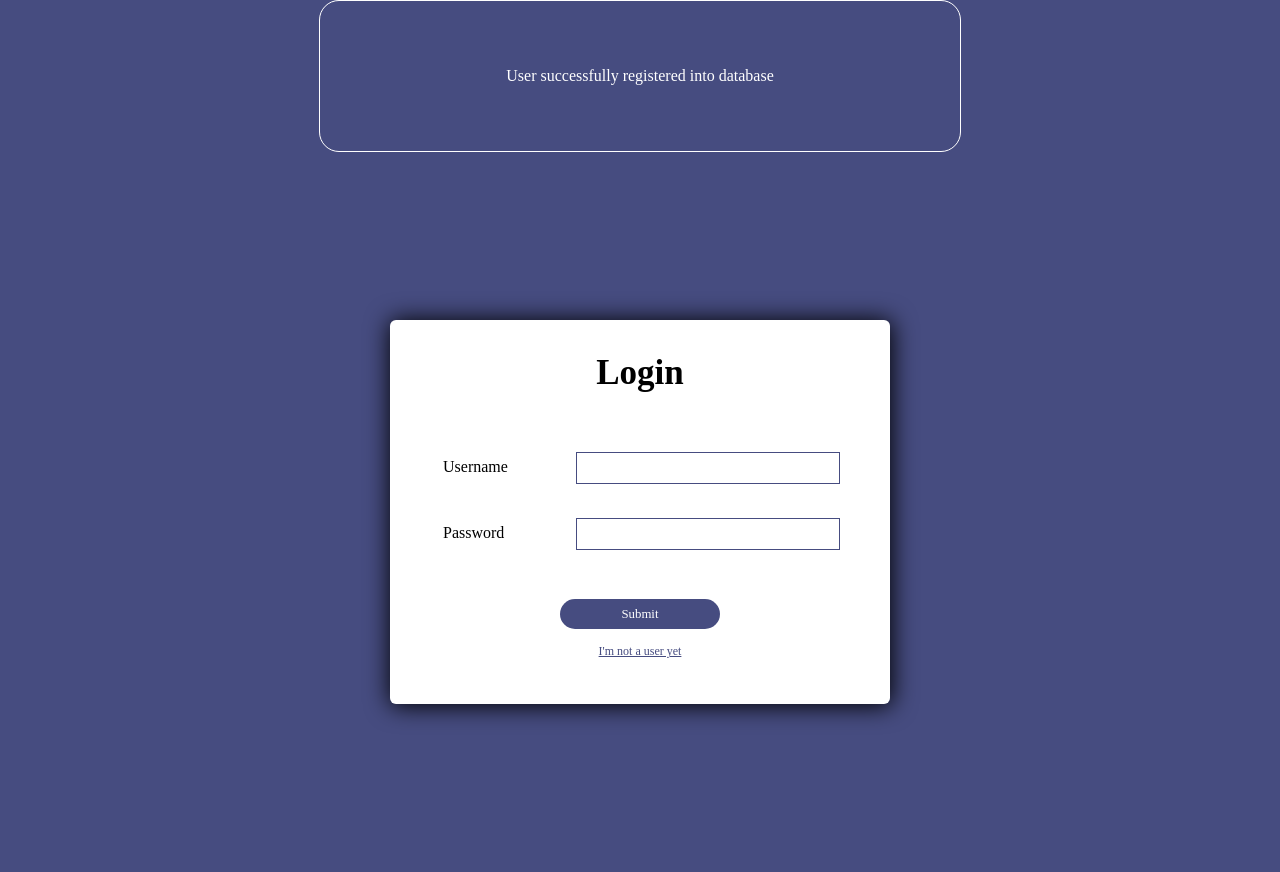
Repository: ivanmirandastavenuiter/jsp-raw-crud
Page: http://localhost/CH33TZ/
An editor plug-in stored every save of this project. The page is shown before and after the next save, followed by the edit.
The browser window is 1280 px wide. The pictures show the whole page.
Some web fonts or font styles are not loaded; a fallback is used. The page is served by Tomcat 9. Other server files are loaded and not shown.

Above is the page before, as saved 2020-05-12 14:42:47.

### CH33TZ/WebContent/index.jsp
<%@ page language="java" contentType="text/html; charset=UTF-8"
    pageEncoding="UTF-8" %>
<%@ page import="java.sql.Statement" %>
<%@ page import="java.sql.ResultSet" %>
<%@ page import="java.sql.DriverManager" %>
<%@ page import="java.sql.Connection" %>
<%@ page import="java.sql.PreparedStatement" %>
<%@ page import="java.util.logging.Logger" %>
<%@ page import="java.util.Map, java.util.HashMap" %>
<%@ page import="java.util.Collection" %>
<%@ page import="java.util.Set" %>
<%@ page import="java.util.Set" %>
<%@ taglib uri = "http://java.sun.com/jsp/jstl/core" prefix = "c" %>
<!DOCTYPE html>
<html>
<head>
<meta charset="UTF-8">
<title>Login</title>
<link href="https://fonts.googleapis.com/css?family=Merriweather&display=swap" rel="stylesheet">
<script type="module" src="Validations/ValidationLogin.mjs"></script>
<style>

	body {
		background: #464c80;
		margin: 0;
		padding: 0;
		height: 100vh;
		width: 100vw;
		font-size: 62.5%; /* This is equivalent to 10px */
		font-family: 'Merriweather', serif;
	}

	div.main-container-div {
		height: 100%;
	}

	div.register-result-container {

	}

	div.register-result-message {
		width: 50%;
		margin: 0 auto;
		font-size: 1.6em;
		color: #fff;
		border: 1px solid #fff;
		border-radius: 20px;
	}

	div.register-result-message p {
		text-align: center;
		padding: 50px;
	}

	div.main-content-div {
		height: 100%;
		display: flex;
		justify-content: center;
		align-items: center;
	}

	div.form-container-div {
		border-radius: 6px;
		background: #fff;
		width: 500px;
		box-shadow: 1px 1px 25px 1px #000;
	}

	div.form-container-div form {
		padding: 10px 30px 30px 30px;
		font-size: 1.6em;
	}

	div.form-container-div .login-div {
		padding: 10px;
		text-align: center;
		border-radius: 5px 5px 0 0;
	}

	div.user-not-found-div {
		width: 400px;
		margin: 0 auto;
		opacity: 0; /* To 1 */
		transition: opacity .5s linear;
		font-size: 1.6em;
		height: 0; /* To auto */
	}

	p.user-not-found {
		margin: 0 auto;
		padding: 0; /* To 5 */
		width: 63%;
		font-size: .7em;
		border: 1px solid #e21010;
		color: #e21010;
		text-align: center;
		height: 0; /* To auto */
	}

	div.form-container-div .login-div h1 {
		font-size: 3.5em;
	}

	/* Inside form-container-div */

	.inputs-group-div {
		padding: 15px;
	}

	.inputs-group-div .input-div {
		width: 400px;
		display: flex;
		justify-content: space-between;
		align-items: center;
		margin: 0 auto;
	}

	.inputs-group-div .input-div .form-input {
		width: 63%;
		height: 20px;
		font-family: inherit;
		font-size: .8em;
		outline: none;
		border: 1px solid #464c80;
		padding: 5px;
	}

	.inputs-group-div div[class$="wrong-validation-div"] {
		display: flex;
		justify-content: flex-end;
		width: 400px;
		margin: 0 auto;
		opacity: 0;
		transition: opacity .5s linear;
	}

	.inputs-group-div div[class$="wrong-validation-div"] p {
		width: 63%;
		padding: 5px;
		font-size: .7em;
		border: 1px solid #e21010;
		color: #e21010;
	}

	.inputs-group-div .input-div label {
		height: 20px;
		padding: 3px;
	}

	.inputs-group-div .input-div .submit-btn {
		font-family: inherit;
		font-size: .8em;
		margin: 15px auto 5px auto;
		width: 40%;
		padding: 5px;
		color: #fff;
		background: #464c80;
		border-radius: 20px;
		height: 30px;
		border: none;
		transition: background-color .3s linear;
		outline: none;
	}

	.inputs-group-div .register-link-div {
		text-align: center;
	}

	.inputs-group-div .register-link-div span {
		font-size: 0.75em;
		display: block;
		margin-top: 10px;
	}

	.inputs-group-div .register-link-div span a {
	  	color: #464c80 !important;
	}

	/* Buttons, boxes and links interactions */

	.inputs-group-div .input-div .submit-btn:hover {
		background:#666dad;
	}

	.inputs-group-div .input-div .submit-btn:active {
		background: #272b50;
		transition: none;
		border: 1.5px solid #bfc4fd;
	}

	.inputs-group-div .input-div .form-input:focus {
		background: #d1d8f1;
		border: 1px solid #000;
	}

	.inputs-group-div .form-input:-internal-autofill-selected {
		background-color: #d1d8f1 !important;
		border: 1px solid #000 !important;
	}

	.inputs-group-div .input-div .submit-btn:focus {
		background: #272b50;
		transition: none;
		border: 1.5px solid #bfc4fd;
	}

	.inputs-group-div .register-link-div span a:visited,
	.inputs-group-div .register-link-div span a:active {
		color: inherit;
	}

</style>
</head>
<body>

	<c:set var = "contextPath" value="${pageContext.request.contextPath}" />

	<%

		Logger logger = Logger.getLogger(com.ch33tz.logger.JspLogger.class.getName());

		if (request.getMethod().equals("POST") && !(boolean)request.getAttribute("errors")) {

			logger.info("Starting validation on target page.");
			logger.info("POST request detected on target page. Applying validation against input data.");

			//Validation of the user input
			String username = request.getParameter("username");
			String password = request.getParameter("pass");
			String contextPath = "/";
			boolean validation = true;

			try {

				username = username != null ? username.trim() : null;
				password = password != null ? password.trim() : null;

				if (username == null || username.isEmpty()
						|| password == null || password.isEmpty()) {

					logger.info("Errors detected on target page. Proceeding to generate errors");

					Cookie usernameCookieError = null;
					Cookie passwordCookieError = null;

					if (username == null || username.isEmpty()) {
						logger.warning("Bad input for username. Populating cookie");
						usernameCookieError = new Cookie("username", "username");
						usernameCookieError.setMaxAge(1);
						response.addCookie(usernameCookieError);
						validation = false;
					}

					if (password == null || password.isEmpty() ) {
						logger.warning("Bad input for password. Populating cookie");
						passwordCookieError = new Cookie("password", "password");
						passwordCookieError.setMaxAge(1);
						response.addCookie(passwordCookieError);
						validation = false;
					}

				}

			} catch (Exception e) {

				logger.severe("Exception thrown on validation: " + e.getMessage());

			}

			if (validation) {

				Connection conn = null;
				PreparedStatement stmt = null;
				ResultSet rs = null;

				Map <String, String> userData = new HashMap<String, String>();

				try {

					// Driver registration gets autoloaded on JDBC 4.0 compliant versions:

					// * mysql-connector-java-5.1.36.jar version or higher
					// * jdk 6 or higher

					// However, it only gets loaded after second request. At least, in JSP.
					// This sentence is equivalent to: Class.forName("com.mysql.cj.jdbc.Driver")
					DriverManager.getDrivers();

					String sql = "SELECT * FROM user WHERE usUse = ? AND usPas = ?";
					conn = DriverManager.getConnection("jdbc:mysql://localhost:3306/ch33tz", "root", "");
					stmt = conn.prepareStatement(sql, ResultSet.TYPE_SCROLL_INSENSITIVE, ResultSet.CONCUR_READ_ONLY);
					stmt.setString(1, username);
					stmt.setString(2, password);
					rs = stmt.executeQuery();

					if (rs.first()) {

						logger.info("User found: " + rs.getString("usUse") + ". Populating user data.");

						userData.put("id", Integer.toString(rs.getInt("usId")));
						userData.put("name", rs.getString("usNam"));
						userData.put("surname", rs.getString("usSur"));
						userData.put("username", rs.getString("usUse"));
						userData.put("email", rs.getString("usEma"));

						logger.info("Redirecting to welcome page...");

						request.getSession().setAttribute("user", userData);
						response.sendRedirect(request.getContextPath() + "/JSP/welcome.jsp");

					} else {
						logger.warning("User not found. Populating cookie");
						logger.info("Returning to login form.");
						Cookie userNotFoundCookie = new Cookie("error", "user-not-found");
						userNotFoundCookie.setMaxAge(1);
						response.addCookie(userNotFoundCookie);
					}

				} catch (Exception e) {

					logger.severe("Main exception: " + e.getMessage());

				} finally {

					try {

						if (rs != null) {
							rs.close();
						}

						if (stmt != null) {
							stmt.close();
						}

						if (conn != null) {
							conn.close();
						}

					} catch(Exception e) {

						logger.severe("Nested exception: " + e.getMessage());

					}

				}

			}

		}

	%>

	<!-- Main container -->
	<div class="main-container-div">

		<!-- Errors container -->
		<div class="register-result-container">
			<div class="register-result-message">
				<p>User successfully registered into database</p>
				<c:if test="${ not empty message}">
					<p>${message}</p>
					<c:remove var="message" />
				</c:if>
			</div>
		</div>

		<!-- Main content -->
		<div class="main-content-div">

			<div class="form-container-div">

				<!-- Login div -->
				<div class="login-div">
					<h1>Login</h1>
				</div>

				<!-- User not found div -->
				<div class="user-not-found-div">
					<p class="user-not-found"></p>
				</div>

				<!-- Form -->
				<form name="loginForm" method="post">

					<div class="inputs-group-div">

						<!-- Input items -->
						<div class="input-div">
							<label for="username">Username</label>
							<input class="form-input" type="text" name="username"/>
						</div>

						<div class="username-wrong-validation-div">
							<p class="username-wrong-validation"></p>
						</div>

						<div class="input-div">
							<label for="pass">Password</label>
							<input class="form-input" type="password" name="pass"/>
						</div>

						<div class="password-wrong-validation-div">
							<p class="password-wrong-validation"></p>
						</div>

						<div class="input-div">
							<input class="submit-btn" type="submit" value="Submit"/>
						</div>

						<div class="register-link-div">
							<span><a href="register.jsp">I'm not a user yet</a></span>
						</div>

					</div>

				</form>

			</div>

		</div>

	</div>



</body>
</html>

### CH33TZ/WebContent/Validations/ValidationLogin.mjs
/**
 * Name: ValidationLogin
 *
 * Author: Ivan Miranda Stavenuiter
 * MKNA
 *
 */

import { ValidationException } from '../Exceptions/ValidationException.mjs';
import { ValidationFormException } from '../Exceptions/ValidationFormException.mjs';

document.addEventListener("DOMContentLoaded", function() {

	var availableCookies = document.cookie;

	var loginForm = document.getElementsByName("loginForm")[0];
	var submit = false;
	var validation = true;

	var username = document.getElementsByName("username")[0];
	var pass = document.getElementsByName("pass")[0];
	var wrongUsernameNode = document.getElementsByClassName("username-wrong-validation")[0];
	var wrongPassNode = document.getElementsByClassName("password-wrong-validation")[0];
	var inputNodes = document.getElementsByClassName("form-input");

	var inputsMap = new Map();
	inputsMap.set(username, wrongUsernameNode)
			 .set(pass, wrongPassNode);

	// Main function on submit
	loginForm.onsubmit = function(e) {

		e.preventDefault();

		try {

			validation = true;
			inputsMap.forEach(validateInputs);

			if (!validation) {
				return false;
			} else {
				this.submit();
			}

		} catch (err) {

			console.log('Exception thrown by parent try/catch block: ');
			console.log('Name: ' + err.name);
			console.log('Description: ' + err.message);
			console.log('Stack: ' + err.stack);

		}

	};

	// Function triggered on submit
	function validateInputs(value, key, map) {

		try {

			submit = true;

			if (key.name === 'username' && key.value.trim() === '') {

				throw new ValidationFormException(ValidationException.WARNING,
												  ValidationException.USERNAME_EMPTY_FIELD,
												  value);

			} else if (key.name === 'pass' && key.value.trim() === '') {

				throw new ValidationFormException(ValidationException.WARNING,
												  ValidationException.PASSWORD_EMPTY_FIELD,
												  value);

			}

		} catch(validationFormException) {

			if (validationFormException instanceof ValidationFormException) {
				validationFormException.handleLoginErrorOnSubmit();
				validation = false;
			} else {
				throw validationFormException;
			}

		}

	}

	// This check values after submit
	function validateInputsAfterSubmit(value, key, map) {

		key.onkeyup = function() {

			try {

				let resetNode = (value) => {
					value.innerText = '';
					value.parentElement.style.transition = 'none';
					value.parentElement.style.opacity = 0;
				}

				if (submit) {

					let descriptionType = value.className.substring(0,4);

					if (descriptionType === 'user') {

						if (key.value.trim().length > 0) {
							resetNode(value);
						} else {
							throw new ValidationFormException(ValidationException.WARNING,
															  ValidationException.USERNAME_EMPTY_FIELD,
															  value);
						}

					}

					if (descriptionType === 'pass') {

						if (key.value.trim().length > 0) {
							resetNode(value);
						} else {
							throw new ValidationFormException(ValidationException.WARNING,
															  ValidationException.PASSWORD_EMPTY_FIELD,
															  value);
						}

					}

				}

			} catch(validationFormException) {

				if (validationFormException instanceof ValidationFormException) {
					validationFormException.handleLoginErrorAfterSubmit();
					validation = false;
				} else {
					throw validationFormException;
				}

			}

		}
	}

	inputsMap.forEach(validateInputsAfterSubmit);

	// Control errors from server if detected
	var controlErrorsFromServer = () => {

		try {

			let errorsArray = [];
			let usernameWrongMessageNode = document.querySelector("p.username-wrong-validation");
			let passwordWrongMessageNode = document.querySelector("p.password-wrong-validation");
			let userNotFoundMessageNode = document.querySelector("p.user-not-found");

			submit = true;

			errorsArray.push(getCookie('username'));
			errorsArray.push(getCookie('password'));
			errorsArray.push(getCookie('error'));

			var errorsList = (value, key, map) => {

				try {

					if (value.trim() === "username") {

						throw new ValidationFormException(ValidationException.WARNING,
								  ValidationException.USERNAME_EMPTY_FIELD,
								  usernameWrongMessageNode);

					}

					if (value.trim() === "password") {

						throw new ValidationFormException(ValidationException.WARNING,
								  ValidationException.PASSWORD_EMPTY_FIELD,
								  passwordWrongMessageNode);

					}

					if (value.trim() === "user-not-found") {

						throw new ValidationFormException(ValidationException.WARNING,
								  ValidationException.USER_NOT_FOUND,
								  userNotFoundMessageNode);

					}

				} catch(validationFormException){
					if (validationFormException instanceof ValidationFormException) {
						if (value.trim() === "user-not-found") {
							validationFormException.handleUserNotFoundError();
						} else {
							validationFormException.handleLoginErrorAfterSubmit();
						}
					} else {
						throw validationFormException;
					}

				}

			}

			errorsArray.forEach(errorsList);

		} catch(err) {

			console.log('Exception thrown while performing control over server data.');
			console.log('Name: ' + err.name);
			console.log('Description: ' + err.message);
			console.log('Stack: ' + err.stack);

		}

	}

	// Snippet to get cookies by name
	var getCookie = (cookieName) => {

		let cookieNameStartingIndex = availableCookies.indexOf(cookieName);
		let cookieValueStartingIndex = cookieNameStartingIndex + cookieName.length + 1;
		let charIndex = cookieValueStartingIndex;
		let endIndex = availableCookies.length;
		let cookieValue = '';

		if (cookieNameStartingIndex != -1) {

			while(availableCookies.charAt(charIndex) != ";" && charIndex != endIndex) {
				cookieValue += availableCookies.charAt(charIndex);
				charIndex++;
			}

			return cookieValue.trim();

		} else {

			return 'Cookie not found';

		}

	}

	// If cookies detected, validation thrown
	if (availableCookies != undefined && availableCookies != '') {
		controlErrorsFromServer();
	}

});

### CH33TZ/WebContent/Exceptions/ValidationException.mjs
/**
 * Name: ValidationException
 *
 * Author: Ivan Miranda Stavenuiter
 * MKNA
 *
 */

export class ValidationException extends Error {

	constructor(message) {
		super(message);
	}

	// Messages for exceptions
	static get WARNING() { return 'There has been an error on the validation process' };

	static get NAME_EMPTY_FIELD() { return 'Name field cannot be empty' };
	static get SURNAME_EMPTY_FIELD() { return 'Surname field cannot be empty' };
	static get USERNAME_EMPTY_FIELD() { return 'Username field cannot be empty' };
	static get PHONE_EMPTY_FIELD() { return 'Phone field cannot be empty' };
	static get EMAIL_EMPTY_FIELD() { return 'Email field cannot be empty' };
	static get PASSWORD_EMPTY_FIELD() { return 'Password field cannot be empty' };
	static get CONFIRM_EMPTY_FIELD() { return 'Confirm field cannot be empty' };
	static get PHONE_NOT_MATCH() { return 'Phone does not match requirements' };
	static get EMAIL_NOT_MATCH() { return 'Email does not match requirements' };
	static get USERNAME_EXISTS() { return 'Username already exists' };
	static get EMAIL_EXISTS() { return 'Email already exists' };
	static get PHONE_EXISTS() { return 'Phone already exists' };
	static get PASSWORD_NOT_MATCH() { return 'Password does not match requirements: one lowercase, one uppercase, one number and one special character. 8 characters length' };
	static get PASSWORD_NOT_EQUAL() { return 'Passwords don\'t match' };
	static get USER_NOT_FOUND() { return 'User not found in the database' };

}

### CH33TZ/WebContent/Exceptions/ValidationFormException.mjs
/**
 * Name: ValidationFormException
 *
 * Author: Ivan Miranda Stavenuiter
 * MKNA
 *
 */

import { ValidationException } from './ValidationException.mjs';

export class ValidationFormException extends ValidationException {

	constructor(message, description, htmlNode) {
		super(message);
		this.name = 'ValidationFormError';
		this.description = description;
		this.htmlNode = htmlNode;
	}

	handleRegisterErrorOnSubmit() {

		let inputContainerNode = this.htmlNode;
		let spanErrorTag = inputContainerNode.children[0].children[0];

		spanErrorTag.innerText = this.description;
		inputContainerNode.style.opacity = 1;

	}

	handleRegisterErrorAfterSubmit() {

		let inputContainerNode = this.htmlNode;
		let spanErrorTag = inputContainerNode.children[0].children[0];

		spanErrorTag.innerText = this.description;
		inputContainerNode.style.transition = 'opacity .5s linear';
		inputContainerNode.style.opacity = 1;

	}

	handleLoginErrorOnSubmit() {

		let wrongMessageNode = this.htmlNode;

		wrongMessageNode.innerText = this.description;
		wrongMessageNode.parentElement.style.opacity = 1;

	}

	handleLoginErrorAfterSubmit() {

		let wrongMessageNode = this.htmlNode;

		wrongMessageNode.parentElement.style.transition = 'opacity .5s linear';
		wrongMessageNode.parentElement.style.opacity = 1;
		wrongMessageNode.innerText = this.description;

	}

	handleUserNotFoundError() {

		let wrongMessageNode = this.htmlNode;

		wrongMessageNode.parentElement.style.transition = 'opacity .5s linear';
		wrongMessageNode.parentElement.style.opacity = 1;
		wrongMessageNode.parentElement.style.height = 'auto';
		wrongMessageNode.innerText = this.description;
		wrongMessageNode.style.padding = '5px';
		wrongMessageNode.style.height = 'auto';

	}

}

After the next save:
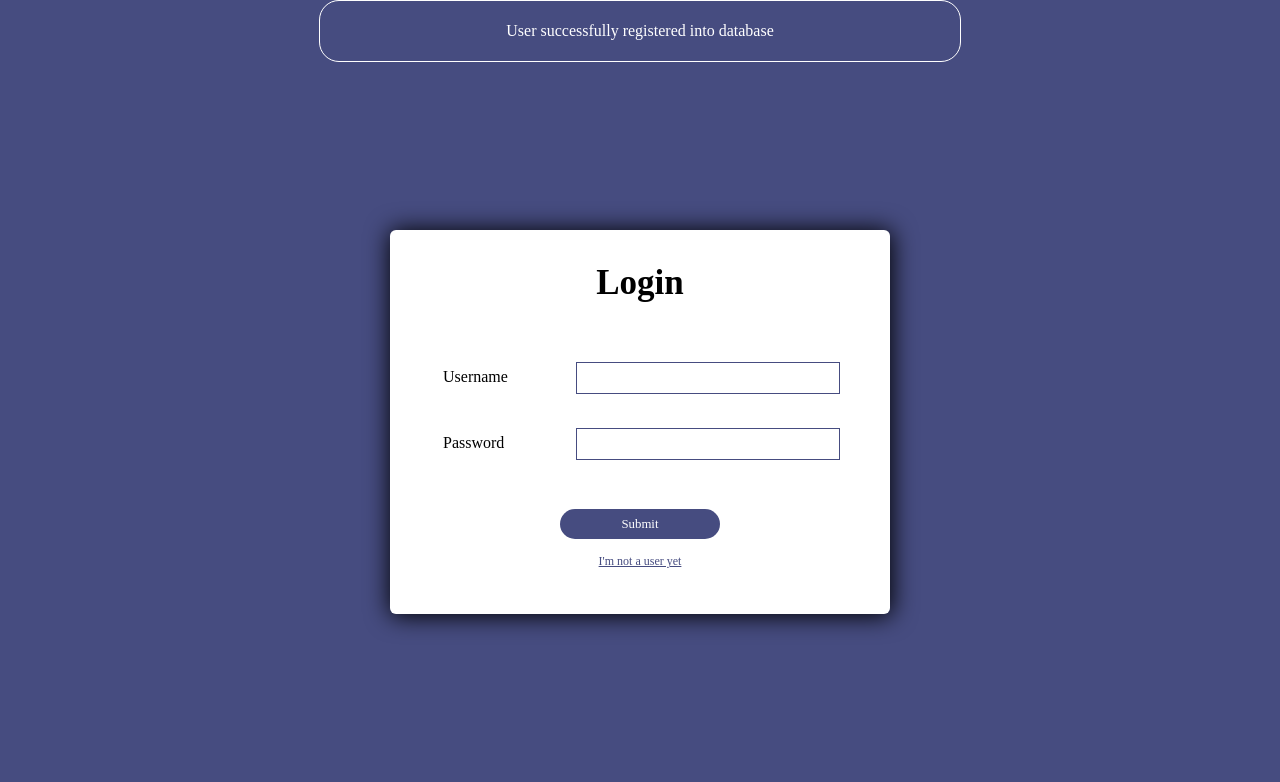
Saved 11 s later.
--- a/CH33TZ/WebContent/index.jsp
+++ b/CH33TZ/WebContent/index.jsp
@@ -49,7 +49,7 @@
 
 	div.register-result-message p {
 		text-align: center;
-		padding: 50px;
+		padding: 5px;
 	}
 
 	div.main-content-div {
